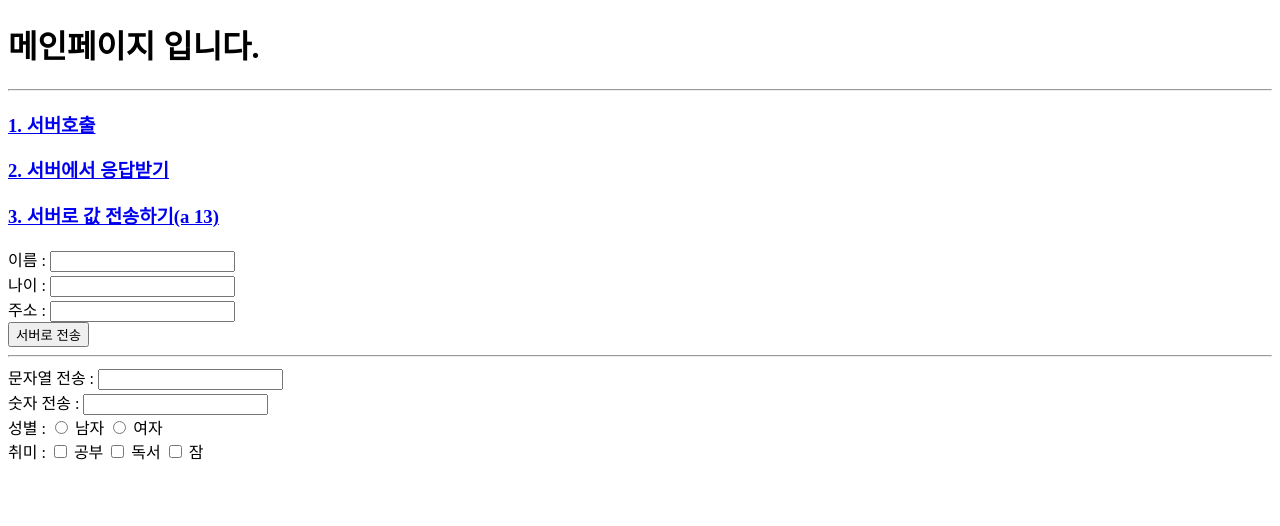
Repository: ParkHyeonju12/servlet
Page: web-workspace/02_noDbProject/src/main/webapp/index.html
These files come from the project's save history. The page is drawn as it stood at one moment and after the next save; the edit follows.
The browser window is 1280 px wide. The pictures show the whole page.

Above is the page before, as saved 2022-08-29 07:48:23.

### web-workspace/02_noDbProject/src/main/webapp/index.html
<!DOCTYPE html>
<html>
<head>
<meta charset="UTF-8">
<title>Insert title here</title>
</head>
<body>
	<h1>메인페이지 입니다.</h1>
	<hr>
	<h3><a href="/requestServer.do">1. 서버호출</a></h3>
	<h3><a href="/responseTest.do">2. 서버에서 응답받기</a></h3>
	<h3><a href="sendData1.do?name=현주&test=abc">3. 서버로 값 전송하기(a 13)</a></h3>
	<form action="/sendData2.do" method="post">
		이름 : <input type="text" name="name"><br>
		나이 : <input type="text" name="age"><br>
		주소 : <input type="text" name="addr"><br>
		<input type="submit" value = "서버로 전송">
	</form>
	<hr>
	<form action="/sendData3.do" method="posts">
		문자열 전송 : <input type="text" name="str"><br>
		숫자 전송 : <input type="text" name="num"><br>
		성별 :
			<input type="radio" name="gender" value="남" id="m">
			<label for="m">남자</label>
			<input type="radio" name="gender" value="여" id="f">
			<label for="f">여자</label>
			<br>
			취미 :
			<input type="checkbox" name="hobby" value="공부" id="study">
			<label for="study">공부</label>
			<input type="checkbox" name="hobby" value="독서" id="book">
			<label for="book">독서</label>
			<input type="checkbox" name="hobby" value="잠" id="sleep">
			<label for="sleep">잠</label>


	</form>
</body>
</html>

After the next save:
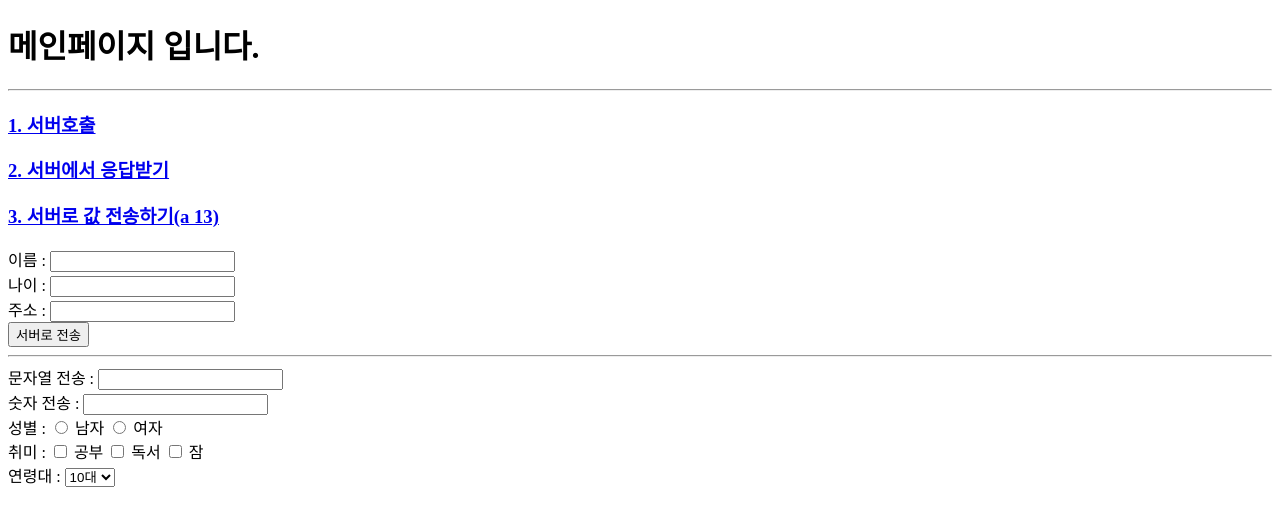
Saved 108 s later.
--- a/web-workspace/02_noDbProject/src/main/webapp/index.html
+++ b/web-workspace/02_noDbProject/src/main/webapp/index.html
@@ -33,6 +33,14 @@
 			<label for="book">독서</label>
 			<input type="checkbox" name="hobby" value="잠" id="sleep">
 			<label for="sleep">잠</label>
+			<br>
+			연령대 :
+			<select name="age">
+			<option value="10">10대</option>
+			<option value="20">20대</option>
+			<option value="30">30대</option>
+			<option value="40">40대</option>
+			</select>
 
 
 	</form>
